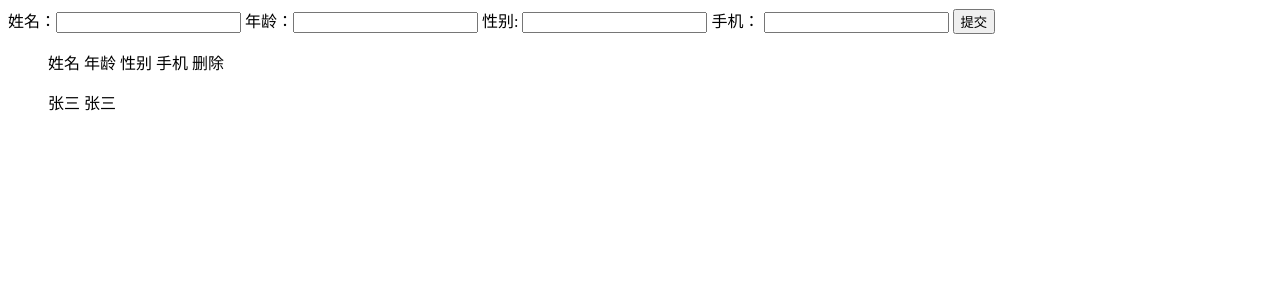
Repository: 1404413577/jsdemo
Page: small-demo/录入信息.html
An editor plug-in stored every save of this project. The page is shown before and after the next save, followed by the edit.
The browser window is 1280 px wide. The pictures show the whole page.

Above is the page before, as saved 2022-11-20 15:24:00.

### small-demo/录入信息.html
<!DOCTYPE html>
<html lang="en">
<head>
    <meta charset="UTF-8">
    <meta http-equiv="X-UA-Compatible" content="IE=edge">
    <meta name="viewport" content="width=device-width, initial-scale=1.0">
    <title>Document</title>
</head>
<body>
    <div>
        姓名：<input type="text">
        年龄：<input type="text">
        性别: <input type="number">
        手机： <input type="text">
        <button type="submit">提交</button>
    </div>
    <div>
        <ul>
            <th>姓名</th>
            <th>年龄</th>
            <th>性别</th>
            <th>手机</th>
            <th>删除</th>
        </ul>
        <ul>
            <th>张三</th>
            <th>张三</th>
        </ul>
    </div>
</body>
</html>

After the next save:
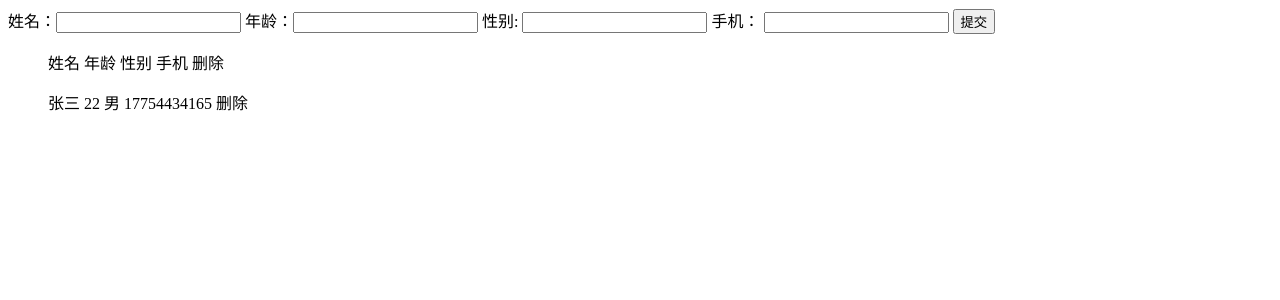
Saved 36 s later.
--- a/small-demo/录入信息.html
+++ b/small-demo/录入信息.html
@@ -24,7 +24,10 @@
         </ul>
         <ul>
             <th>张三</th>
-            <th>张三</th>
+            <th>22</th>
+            <th>男</th>
+            <th>17754434165</th>
+            <th>删除</th>
         </ul>
     </div>
 </body>
